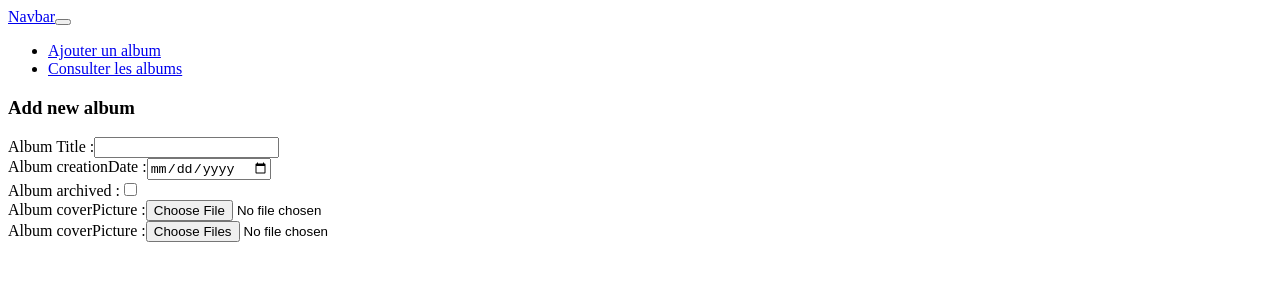
Repository: yassinecher/TestCC4SAE6
Page: /albums/add
These files come from the project's save history. The page is drawn as it stood at one moment and after the next save; the edit follows.
The browser window is 1280 px wide. The pictures show the whole page.
The project was rebuilt for these pictures with package versions that can differ from the ones it lists, and the page was loaded fresh each time. Also part of the build but not shown: angular.json, src/app/components/albums/albums.component.ts, src/app/components/not-found/not-found.component.ts.

Above is the page before, as saved 2024-12-20 14:38:35.

After the next save:
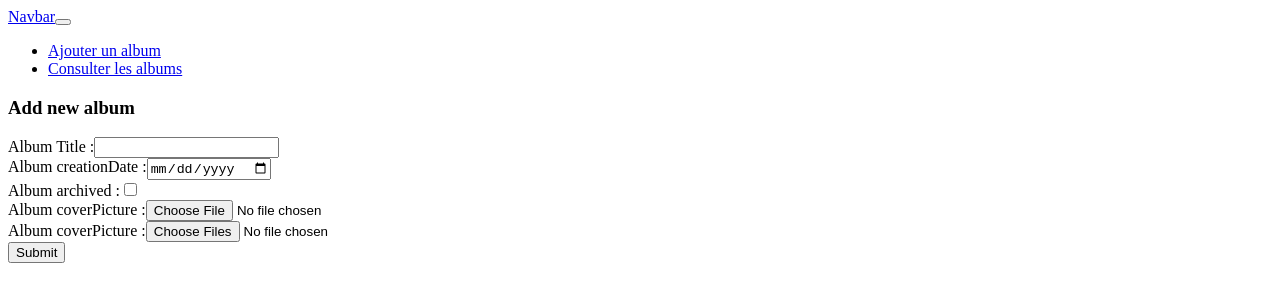
Saved 48 s later.
--- a/src/app/components/add-albums/add-albums.component.html
+++ b/src/app/components/add-albums/add-albums.component.html
@@ -52,6 +52,7 @@
                         album number invalid</div>
                 </div>
             </div>
+            <button type="submit" >Submit</button>
         </form>
     </div>
 </div>
